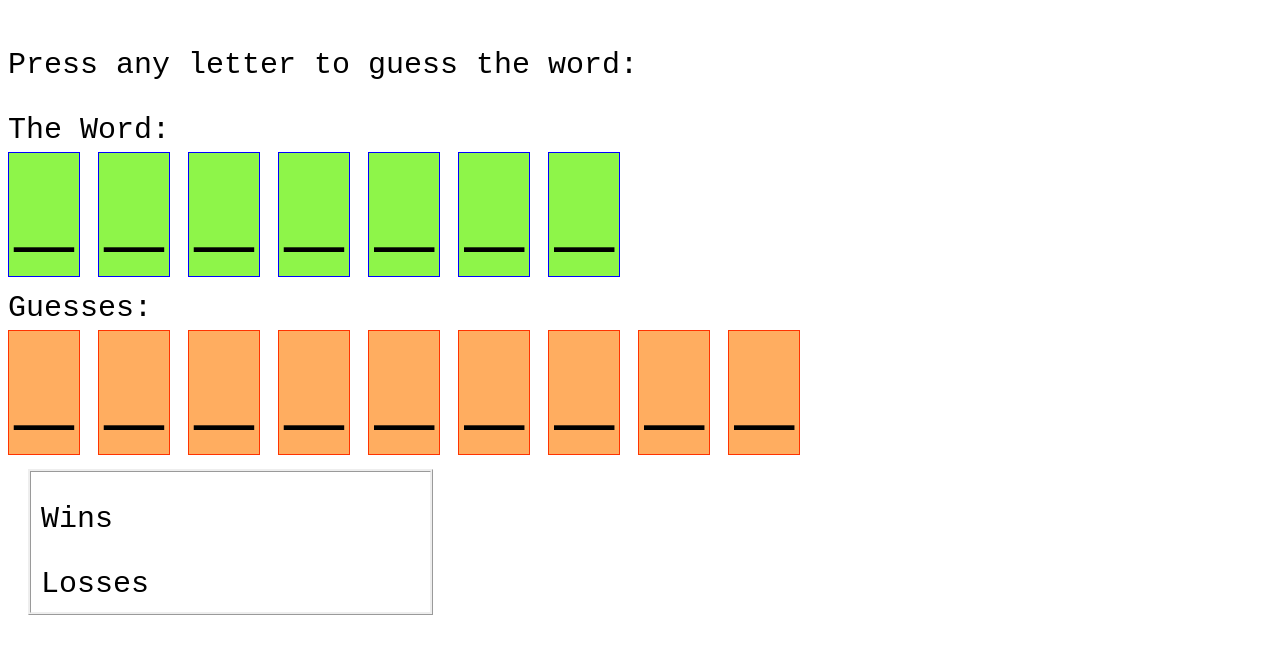
Repository: dsaftler/JavaScript
Page: index.html
These files come from the project's save history. The page is drawn as it stood at one moment and after the next save; the edit follows.
The browser window is 1280 px wide. The pictures show the whole page.

Above is the page before, as saved 2019-03-30 23:02:18.

### index.html
<!DOCTYPE html>
<html lang="en">
<head>
  <meta charset="UTF-8">
  <meta name="viewport" content="width=device-width, initial-scale=1.0">
  <meta http-equiv="X-UA-Compatible" content="ie=edge">
  <link href="https://fonts.googleapis.com/css?family=Ubuntu+Mono" rel="stylesheet">
  <link rel="stylesheet" href="assets\css\style.css">

  <title>JavaScript Hangman Game</title>
</head>
<body>
    <div class="container showtext">
        <div class="instructions showtext">Press any letter to guess the word: </div>
        <div width: 50%>
         <div class="word showtext">The Word:</div>
         <div id="correctWord" class="floater"></div>
        </div>

         <div class="letter match" id="chr_0">_</div>
         <div class="letter match" id="chr_1">_</div>
         <div class="letter match" id="chr_2">_</div>
         <div class="letter match" id="chr_3">_</div>
         <div class="letter match" id="chr_4">_</div>
         <div class="letter match" id="chr_5">_</div>
         <div class="letter match" id="chr_6">_</div>


        <div class="guesses showtext" id="showRemaining">Guesses: </div>

        <div class="letter guessed" id="guess_0">_</div>
        <div class="letter guessed" id="guess_1">_</div>
        <div class="letter guessed" id="guess_2">_</div>
        <div class="letter guessed" id="guess_3">_</div>
        <div class="letter guessed" id="guess_4">_</div>
        <div class="letter guessed" id="guess_5">_</div>
        <div class="letter guessed" id="guess_6">_</div>
        <div class="letter guessed" id="guess_7">_</div>
        <div class="letter guessed" id="guess_8">_</div>


      <div class="score">
      <div class="showtext" id="showWins">Wins</div>
      <div class="showtext" id="showLosses">Losses</div>
      </div>
    </div>

    <script type="text/javascript" src="assets/javascript/game.js"></script>


</body>
</html>

### assets/css/style.css
body {font-family: 'Ubuntu+Mono',monospace, sans-serif;
font-weight: 400}
.showtext {height:35px;
padding: 20px 0 10px;
font-size: 30px;
}
.letter {font-size: 100px;
  display: inline;
  padding: 5px;}
.match {
  border: 1px solid blue;
  background-color: rgb(142, 245, 73)}
.guessed {
  font-weight: 100;
  border: 1px solid #ff3300;
  background-color: rgb(255, 173, 96)}
.floater {
  float: left
}
.score{
  margin-top: 20px;
  margin-left: 20px;
  padding:10px;
  height:120px;
  width: 30%;
  border-style: ridge}

### assets/javascript/game.js

// Variables
var wordArr
var cntWins,
  curCntGuess,
  ltr_0,
  ltr_1,
  ltr_2,
  ltr_3,
  ltr_4,
  ltr_5,
  ltr_6;

 var ltrTried_0,
  ltrTried_1,
  ltrTried_2,
  ltrTried_3,
  ltrTried_4,
  ltrTried_5,
  ltrTried_6,
  ltrTried_7,
  ltrTried_8,
  ltrTried_9 ;

var maxGuesses=9,
   cntWins=0,
   cntLosses=0;
var userGuess;
// within the game
// while wordArr.length>0
//while (wordArr.length>0) {
var curPtr,curCntGuess,
  curLetter,curWord,myWord,
  badGuess, curWordArr,builtWord,
  isFound,
  curPtr=0,
  firstTime=true;

  console.log('firstTime:' +firstTime)
  wordArr= ["unicorn","griffin","dragon","mermaid","centaur","pegasus"];
initGame();

document.onkeypress = function(event){
  isFound=false
  // Determines which key was pressed.
  var userGuess = event.key;
  userGuess=userGuess.toLowerCase()
  console.log("userGuess: "+userGuess);
  // is userGuess already in badGuess
  //showValue("curGuess",userGuess);

  for (let i=0; i<badGuess.length; i++) {
        //See if that letter was already chosen by parsing badGuess
    if (badGuess[i]===userGuess){
      alert("You alread guessed "+userGuess)
      isFound=true
    }
  }
                //see if it's in the target word
                // for every letter in curWord, see if that letter exists at that index  charAt(index)
  console.log("curWordArr "+curWordArr)
  if (!isFound)
  {
    for (let i=0; i<curWordArr.length; i++)
    {
                  //if index [j]is blank and matches our guess

      if (curWordArr[i]===userGuess)
      {
        console.log("curWordArr "+i+'='+curWordArr[i])
        builtWord[i]=userGuess
                 //set getElementId for that index (see if I can create a variable "ltr_"+(toString([j]))
        //id="chr_0"
        el='chr_'+i
        showValue(el,userGuess)
        //getElementById(el).textContent:userGuess;
        isFound=true
      }
    }
  }
  if (!isFound)
  {
    el="guess_"+badGuess.length;
    showValue(el,userGuess)  ;
    // push to badGuess
      badGuess.push(userGuess);
      console.log("badGuess: "+badGuess)
      curCntGuess++
      console.log("curCntGuess :" +curCntGuess)
      // push content for ltrTried ids
      // show content for badguesses
  }



  if (curCntGuess>=maxGuesses){
      //alert('You lost')
      cntLosses;
      showValue("showLosses",cntLosses)
      showValue("correctWord",curWord)
      showValue("curGuess",'')
      nextWord()
  } else {
    if (collapseArray()===curWord){
      alert("You won")
      cntWins++;
      showValue("showWins",cntWins)
      showValue("curGuess",'')
      nextWord()
    } else {
      myWord=''
    }
  }

}


function initGame(){
  allLetters = document.querySelectorAll('.letter');
  allLetters.forEach(element => {
    element.textContent = '_';
  });
  curCntGuess = 0;
  curLetter="";
  curWord="";
  myWord="";
  badGuess = [];
  curWordArr=[];
  builtWord=[];
  console.log("WordArr aft: "+wordArr)
  console.log("wordArr.length: "+wordArr.length)
  curPtr=getRandomPtr(wordArr.length); //0
  console.log("curPtr: "+curPtr)
  //curWordArr = array the word at that index
  curWord=wordArr[curPtr];   //unicorn
  console.log("curWord: "+curWord)
  for (let i=0; i<curWord.length; i++){
    myLetter=curWord.charAt([i]);
    //console.log(myLetter);
    curWordArr.push(myLetter);
  }
  //clear the ltrTried & ltr elements
  //console.log(curPtr);
  //console.log(curWord);
  console.log("curWordArr "+curWordArr)
}

function nextWord(){
  console.log("Word Arr b4: " +wordArr)
  wordArr.splice(curPtr,1)
  // var newArr=Array.from(wordArr)
  // console.log("WordArr aft: "+wordArr)
  // console.log("newArr aft: "+newArr)
  // console.log("wordArr.length: "+wordArr.length)
  // console.log("newArr length: "+newArr.length)
  // wordArr=[];
  // wordArr=Array.from(newArr)
  // console.log("WordArr from newArr: "+wordArr)
  // console.log("wordArr.length: "+wordArr.length)

  if (wordArr.length===0){
    alert("End of Game")
  }else{
    initGame()
  }
}
function showValue(thisId,thisValue){
  var target=document.getElementById(thisId);
  console.log(thisValue)
  console.log(thisId)
  target.innerHTML=thisValue;
}
function addValue(thisId,thisValue){
  var target=document.getElementById(thisId);
  target.innerHTML=target.innerHTML+thisValue;
}
function collapseArray(){

  for (let k=0; k<builtWord.length; k++) {
    localVal=builtWord[k]
    if (typeof(localVal)!='undefined') {
   // console.log("myWord length: "+myWord.length+ " K is "+localVal)
    myWord=myWord+localVal
   //console.log("myWord "+myWord)
    }
  }
  return myWord
}


function getUserGuess() {
  var userGuess= document.getElementById("getKeyPress");
  userGuess=userGuess.toLowerCase();


  }



function getRandomPtr(max) {
      return Math.floor(Math.random() * Math.floor(max));
      // this will return 0 through max-1
}
function getRandomInt(max) {
  return getRandomPtr(max)+1
  // this will return 1 through max
}

After the next save:
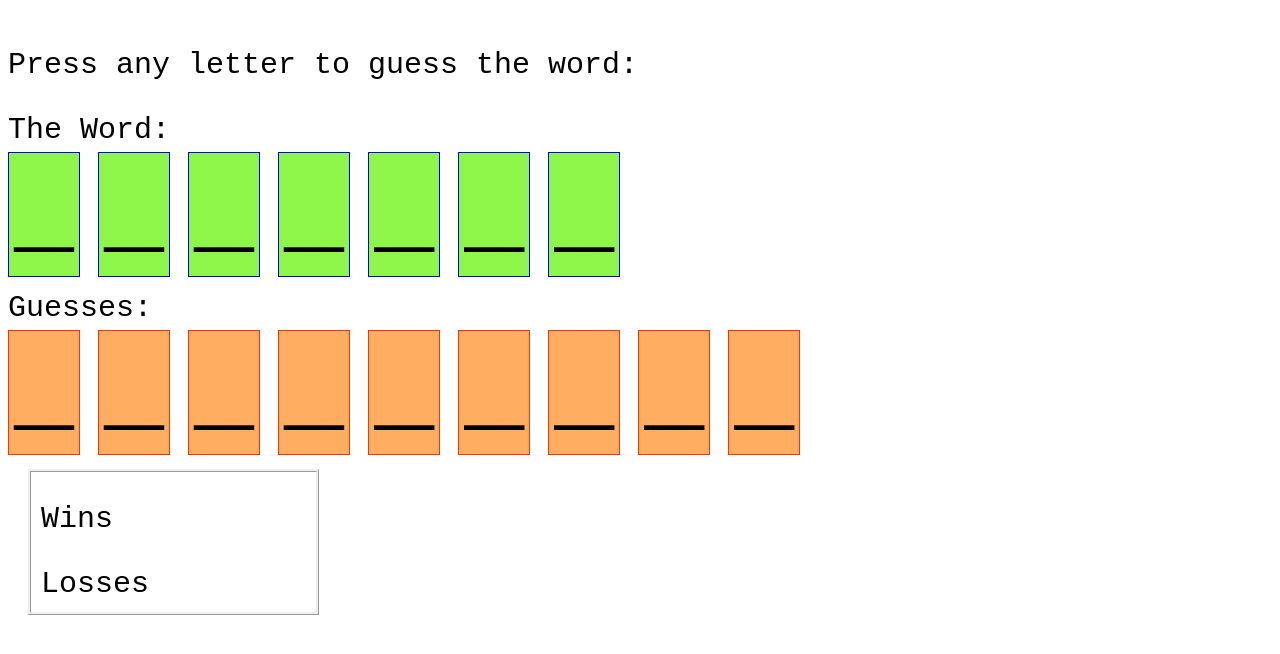
Saved 3 min 35 s later.
--- a/assets/css/style.css
+++ b/assets/css/style.css
@@ -4,6 +4,10 @@ font-weight: 400}
 padding: 20px 0 10px;
 font-size: 30px;
 }
+.container {width:70%;
+  max-width: 960px;
+background-image: "url('assets/Hangman.png')";
+ }
 .letter {font-size: 100px;
   display: inline;
   padding: 5px;}
